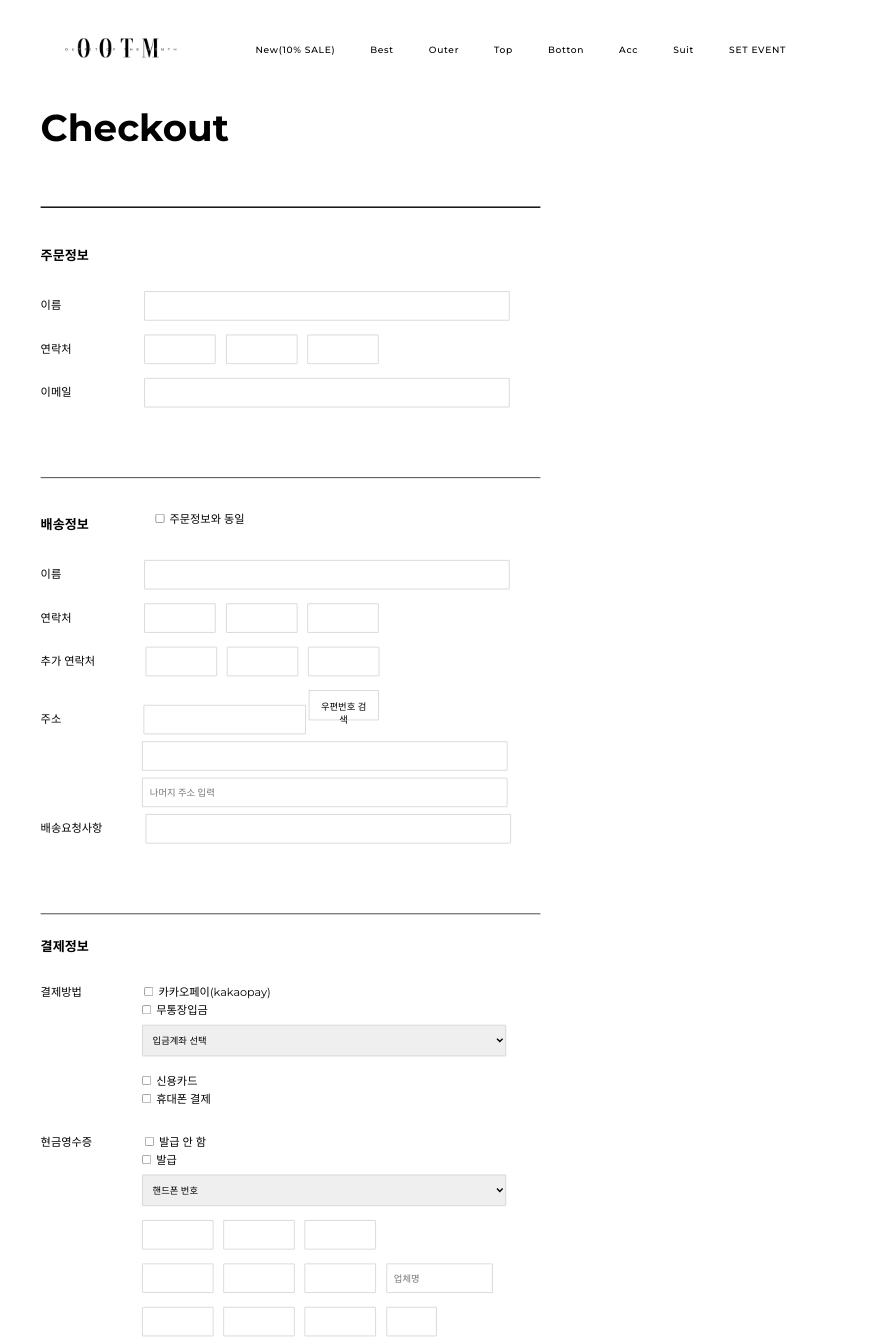
Repository: parkjunhoo/ootm
Page: ootm/src/main/webapp/html/payment_members.html
An editor plug-in stored every save of this project. The page is shown before and after the next save, followed by the edit.
The browser window is 1280 px wide. The pictures show the part of the page from y = 0 to 1920 px (the page is 3014 px tall), at 70% of full size.

Above is the page before, as saved 2023-04-23 12:45:48.
Console error: TypeError: Cannot read properties of null (reading 'appendChild')

### ootm/src/main/webapp/html/payment_members.html
<!DOCTYPE html>
<html>
	<head>
		<meta charset="UTF-8">
		<title>이달의 룩 - 결제페이지</title>
		<!-- 파비콘 -->
		<link rel="icon" href="/ootm/images/favicon.ico">
		 <!-- 글꼴 -->
        <link rel="preconnect" href="https://fonts.googleapis.com">
        <link rel="preconnect" href="https://fonts.gstatic.com" crossorigin>
        <link href="https://fonts.googleapis.com/css2?family=Montserrat:ital,wght@0,100;0,200;0,300;0,400;0,500;0,600;0,700;0,800;0,900;1,100;1,200;1,300;1,400;1,500;1,600;1,700;1,800;1,900&family=Noto+Sans+KR:wght@100;300;400;500;700;900&display=swap" rel="stylesheet">
        <!-- css -->
		<link rel="stylesheet" type="text/css" href="/ootm/css/payment_non_member_style.css"/>
        <link rel="stylesheet" type="text/css" href="/ootm/component/header/header.css"/>
        <link rel="stylesheet" type="text/css" href="/ootm/component/carousel/carousel.css"/>
        <link rel="stylesheet" type="text/css" href="/ootm/component/hoverbox/hoverbox.css"/>
        <link rel="stylesheet" type="text/css" href="/ootm/component/footer/footer.css"/>
	</head>
	<body>
		<header-component class="header" logoDark="true" logoHoverDark="true" mTextColor="black" bgHoverColor="#F9F9F9" menuBtnColor="black">
		</header-component>
		<h1 class="checkout">Checkout</h1>
		<hr class="line1"/>
		<form>
			<div class="user_order_info1">
				<h3 >주문정보</h3>
				<label id="title_name" for="name">이름</label>
				<input type="text" id="name" name="name"><br/>

				<label id="title_phone_number" for="phone_number">연락처</label>
				<input type="text" id="phone_number" name="phone_number">
				<input type="text" id="phone_number" name="phone_number">
				<input type="text" id="phone_number" name="phone_number"><br/>

				<label id="title_email" for="email">이메일</label>
				<input type="email" id="email" name="email"><br/>
			</div>
		</form>

		<hr class="line2"/>
		<form>
			<div class="user_order_info2">
				<div class="shipping-container">
					<h3>배송정보</h3>
  					<div>
    					<input type="checkbox" id="shipping">
   						<label for="shipping">주문정보와 동일</label>
   					</div>
				</div>
				<div>
					<label id="title_name" for="name">이름</label>
					<input type="text" id="name" name="name"><br/>

					<label id="title_phone_number" for="phone_number">연락처</label>
					<input type="text" id="phone_number" name="phone_number">
					<input type="text" id="phone_number" name="phone_number">
					<input type="text" id="phone_number" name="phone_number"><br/>

					<label id="title_phone_number_additional" for="phone_number_additional">추가 연락처</label>
					<input type="text" id="phone_number_additional" name="phone_number_additional">
					<input type="text" id="phone_number_additional" name="phone_number_additional">
					<input type="text" id="phone_number_additional" name="phone_number_additional"><br/>
					<!-- 배송지선택 체크박스 만들기 -->
					<label id="title_address" for="address">주소</label>
      				<input type="text" id="address_code1" name="address">
      				<button id="post_button" type="submit">우편번호 검색</button><br/>
      				<label id="empty_space" for="address">  </label>
      				<input type="text" id="address_code2" name="address"><br/>
      				<label id="empty_space" for="address">  </label>
      				<input type="text" id="remaining_address" name="address" placeholder="나머지 주소 입력"><br/>
      				<label id="title_shipping_request" for="shipping_request">배송요청사항</label>
      				<input type="text" id="shipping_request" name="shipping_request"><br/>
				</div>
			</div>
		</form>
		<hr class="line3"/>
		<form>
			<div class="user_order_info3">
				<h3>결제정보</h3>
				<label id="payment_method" for="payment_method">결제방법</label>

				<input type="checkbox" id="kakaopay">
   				<label for="kakaopay">카카오페이(kakaopay)</label><br/>

   				<!--  -->
   				<input type="checkbox" id="bankbook">
   				<label for="bankbook">무통장입금</label><br/>
				<select id="dropdown" name="dropdown">
					<option value="select">입금계좌 선택</option>
					<option value="woori_bank">우리은행 1002-111-222222</option><br/>
				</select><br/>

				<input type="checkbox" id="credit_card">
   				<label for="credit_card">신용카드</label><br/>

   				<input type="checkbox" id="mobile_payment">
   				<label for="mobile_payment">휴대폰 결제</label><br/>

   				<div id="cash_receipts_container">
	   				<label id="cash_receipts" for="cash_receipts">현금영수증</label>

	   				<input type="checkbox" id="cash_receipts_no">
	   				<label for="cash_receipts_no">발급 안 함</label><br/>

	   				<input type="checkbox" id="cash_receipts_yes">
	   				<label for="cash_receipts_yes">발급</label><br/>

	   				<select id="dropdown" name="dropdown">
						<option value="phone_number">핸드폰 번호</option>
						<option value="business_number">사업자 번호</option>
						<option value="revenue">국세청 현금영수증 카드</option><br/>
					</select><br/>
					<div id="phone_number_container">
						<input type="text" id="phone_number" name="phone_number">
						<input type="text" id="phone_number" name="phone_number">
						<input type="text" id="phone_number" name="phone_number"><br/>
					</div>
					<div id="business_number_container">
						<input type="text" id="business_number" name="business_number">
						<input type="text" id="business_number" name="business_number">
						<input type="text" id="business_number" name="business_number">
						<input type="text" id="business_number_company_name" name="business_number_company_name" placeholder="업체명"><br/>
					</div>
					<div id="revenue_container">
						<input type="text" id="revenue_number" name="revenue_number">
						<input type="text" id="revenue_number" name="revenue_number">
						<input type="text" id="revenue_number" name="revenue_number">
						<input type="text" id="revenue_number_last" name="revenue_number_last"><br/>
					</div>
   				</div>
			</div>
		</form>
		<hr class="line5"/>
		<form>
			<div class="checkout_summary">
				<h3>주문요약 및 결제</h3>
				<ul>
					<li class="image">
						<img src="/ootm/images/pants.jpg"> <!-- DB에서 받아오기 -->
					</li>
					<li class="product_info">
						<h4>8036 버뮤다 카펜터 반밴딩 x 1</h4>
						<div class="product-option">컬러 : 중청, 사이즈 : L</div>
						<h4 class="price">37,000원</h4>
					</li>
				</ul>
				<hr class="line6"/>
				<div class="pay_summary">
					<div class="summary_list">
						<div class="summary_item_subtotal">
							<div class="label">주문금액</div>
						</div>
					</div>

				</div>
			</div>
		</form>




		<footer-component>
		</footer-component>
		<script src="../javascript/mainPage.js"></script>
        <script src="../component/header/header.js"></script>
        <script src="../component/carousel/carousel.js"></script>
        <script src="../component/hoverbox/hoverbox.js"></script>
        <script src="../component/footer/footer.js"></script>
	</body>
</html>

### ootm/src/main/webapp/css/payment_non_member_style.css
@charset "UTF-8";

.header {
	position: fixed;
	top: 0;
	left: 0;
	right: 0;
	padding-top: 30px;
}

.checkout {
	font-weight: bold;
	margin-top: 150px;
	margin-left: 50px;
	font-size: 40pt;
}

/* 진한 선 */
.line1 {
	height: 2px;
	border-style: solid;
	border-width: 0;
	border-top-width: 2px;
	border-color: black;
	background-color: transparent;
	margin-left: 50px;
	margin-right: 500px;
	margin-top: 80px;
}

/* 연한 선 */
.line2 {
	height: 1px;
	border-style: 1px solid lightgray;
	border-width: 0;
	border-top-width: 1px;
	border-color: black;
	background-color: transparent;
	margin-left: 50px;
	margin-right: 500px;
	margin-top: 80px;
}

/* 연한 선 */
.line3 {
	height: 1px;
	border-style: 1px solid lightgray;
	border-width: 0;
	border-top-width: 1px;
	border-color: black;
	background-color: transparent;
	margin-left: 50px;
	margin-right: 500px;
	margin-top: 80px;
}

/* 연한 선 */
.line4 {
	height: 1px;
	border-style: 1px solid lightgray;
	border-width: 0;
	border-top-width: 1px;
	border-color: black;
	background-color: transparent;
	margin-left: 50px;
	margin-right: 500px;
	margin-top: 80px;
}

/* 진한 선 */
.line5 {
	height: 2px;
	border-style: solid;
	border-width: 0;
	border-top-width: 2px;
	border-color: black;
	background-color: transparent;
	margin-left: 50px;
	margin-right: 500px;
	margin-top: 80px;
}

/* 연한 선 */
.line6 {
	height: 1px;
	border-style: 1px solid lightgray;
	border-width: 0;
	border-top-width: 1px;
	border-color: black;
	background-color: transparent;
	margin-left: 50px;
	margin-right: 500px;
	margin-top: 25px;
}

/* 결제정보 */
h3 {
	margin-bottom: 40px;
}

.user_order_info1 {
	margin-left: 50px;
	margin-top: 50px;
}

.user_order_info1 #name {
	width: 500px;
	height: 20px;
	padding: 10px;
	margin-bottom: 20px;
	border-radius: 1px;
	border: 1px solid #ccc;
}

.user_order_info1 #email {
	width: 500px;
	height: 20px;
	padding: 10px;
	margin-bottom: 20px;
	border-radius: 1px;
	border: 1px solid #ccc;
}

.user_order_info1 #phone_number {
	width: 80px;
	height: 20px;
	padding: 10px;
	margin-bottom: 20px;
	margin-right: 10px;
	border-radius: 1px;
	border: 1px solid #ccc;
}

.user_order_info3 #business_number {
	width: 80px;
	height: 20px;
	padding: 10px;
	margin-bottom: 20px;
	margin-right: 10px;
	border-radius: 1px;
	border: 1px solid #ccc;
}

.user_order_info3 #business_number_company_name {
	width: 130px;
	height: 20px;
	padding: 10px;
	margin-bottom: 20px;
	margin-right: 10px;
	border-radius: 1px;
	border: 1px solid #ccc;
}

.user_order_info3 #revenue_number {
	width: 80px;
	height: 20px;
	padding: 10px;
	margin-bottom: 20px;
	margin-right: 10px;
	border-radius: 1px;
	border: 1px solid #ccc;
}

.user_order_info3 #revenue_number_last {
	width: 50px;
	height: 20px;
	padding: 10px;
	margin-bottom: 20px;
	margin-right: 10px;
	border-radius: 1px;
	border: 1px solid #ccc;
}

#title_name {
	margin-right: 114px;
}

#title_phone_number {
	margin-right: 100px;
}

#title_email {
	margin-right: 100px;
}

#right_checkbox {
	float: left;
}

#title_phone_number_additional {
	margin-right: 68px;
}

#title_address {
	margin-right: 113px;
}

#empty_space {
	margin-right: 145px;
}

#title_shipping_request {
	margin-right: 57px;
}

#shipping {
	margin-top: 20px;
	margin-left: 80px;
}

#kakaopay {
	margin-left: 85px;
}

#bankbook {
	margin-top: 8px;
	margin-left: 145px;
}

#credit_card {
	margin-top: 8px;
	margin-left: 145px;
}

#realtime_bank {
	margin-top: 8px;
	margin-left: 145px;
}

#escrow {
	margin-top: 8px;
	margin-left: 145px;
}

#mobile_payment {
	margin-top: 8px;
	margin-left: 145px;
}

#cash_receipts_no {
	margin-top: 8px;
	margin-left: 71px;
}

#cash_receipts_yes {
	margin-top: 8px;
	margin-left: 145px;
}

#cash_receipts_container {
	margin-top: 35px;
}

.privacy {
	margin-top: 20px;
}

.user_order_info2 {
	margin-left: 50px;
	margin-top: 30px;
}

.user_order_info3 {
	margin-left: 50px;
	margin-top: 30px;
}

.user_order_info4 {
	margin-left: 50px;
	margin-top: 30px;
}

.privacy {
	margin-left: 50px;
	margin-top: 30px;
}

.shipping-container {
	display: flex;
}

.shipping-container h3 {
	margin-right: 15px;
}

.user_order_info2 div #name {
	width: 500px;
	height: 20px;
	padding: 10px;
	margin-bottom: 20px;
	border-radius: 1px;
	border: 1px solid #ccc;
}

.user_order_info2 div #phone_number {
	width: 80px;
	height: 20px;
	padding: 10px;
	margin-bottom: 20px;
	margin-right: 10px;
	border-radius: 1px;
	border: 1px solid #ccc;
}

.user_order_info2 div #phone_number_additional {
	width: 80px;
	height: 20px;
	padding: 10px;
	margin-bottom: 20px;
	margin-right: 10px;
	border-radius: 1px;
	border: 1px solid #ccc;
}

.user_order_info2 div #address_code1 {
	width: 210px;
	height: 20px;
	padding: 10px;
	margin-bottom: 10px;
	border-radius: 1px;
	border: 1px solid #ccc;
}

.user_order_info2 div #address_code2 {
	width: 500px;
	height: 20px;
	padding: 10px;
	margin-bottom: 10px;
	border-radius: 1px;
	border: 1px solid #ccc;
}

.user_order_info2 div #remaining_address {
	width: 500px;
	height: 20px;
	padding: 10px;
	margin-bottom: 10px;
	border-radius: 1px;
	border: 1px solid #ccc;
}

.user_order_info2 div #post_button {
	font-size: 10pt;
	background-color: white;
	width: 100px;
	height: 43px;
	padding: 12px;
	text-align: center;
	border: 1px solid #ccc;
}

.user_order_info2 div #shipping_request {
	width: 500px;
	height: 20px;
	padding: 10px;
	margin-bottom: 20px;
	border-radius: 1px;
	border: 1px solid #ccc;
	resize: both;
}

#dropdown {
	width: 520px;
	height: 45px;
	padding: 10px;
	margin-bottom: 20px;
	margin-right: 10px;
	margin-left: 145px;
	margin-top: 10px;
	border-radius: 1px;
	border: 1px solid #ccc;
	border-radius: 1px;
}

.privacy #item {
	margin-left: 210px;
}

.privacy #retention_period {
	margin-left: 210px;
}

.privacy #purpose {
	margin-left: 150px;
}

.privacy #purpose1 {
	font-size: 10pt;
	margin-top: 10px;
}

.privacy #item1 {
	font-size: 10pt;
	margin-top: 10px;
	margin-left: 24px;
}

.privacy #purpose2 {
	font-size: 10pt;
	margin-top: 10px;
}

.privacy #item2 {
	font-size: 10pt;
	margin-top: 10px;
	margin-left: 24px;
}

.privacy #purpose3 {
	font-size: 10pt;
	margin-top: 10px;
}

.privacy #item3 {
	font-size: 10pt;
	margin-top: 10px;
	margin-left: 24px;
}

.privacy #retention_period1 {
	font-size: 10pt;
	margin-left: 24px;
	text-align: center;
}

.user_order_info3 div #phone_number {
	width: 80px;
	height: 20px;
	padding: 10px;
	margin-bottom: 20px;
	margin-right: 10px;
	border-radius: 1px;
	border: 1px solid #ccc;
	border-radius: 1px;
}

#phone_number_container {
	margin-left: 145px;
}

#business_number_container {
	margin-left: 145px;
}

#revenue_container {
	margin-left: 145px;
}

#privacy_title {
	margin-right: 30px;
}

/* 약관 테이블 요소 */
th {
	display: table-cell;
	vertical-align: inherit;
	font-weight: bold;
	text-align: -internal-center;
	border-left: none;
	border-right: none;
	text-align: left;
	margin-left: 3px;
}

td {
	border-right: 1px solid lightgray; /* 열(Column) 선 스타일링 */
	text-align: left;
	padding: 10px;
	font-size: 10pt;
}

table {
	border-collapse: collapse;
	width: 880px;
	text-indent: initial;
	border: none;
}

.privacy1 td {
	border-right: none; /* 마지막 열(Column) 선 제거 */
}

.privacy2 td {
	border-right: none; /* 마지막 열(Column) 선 제거 */
}

.privacy3 td {
	border-right: none; /* 마지막 열(Column) 선 제거 */
}

.privacy4 td {
	border-right: none; /* 마지막 열(Column) 선 제거 */
}

thead th {
	border-bottom: 1px solid lightgray; /* 헤더(Header) 하단 선 스타일링 */
}

tbody tr {
	border-bottom: 1px solid lightgray;
}

tbody td {
	border-bottom: 1px solid lightgray;
}

colgroup {
	display: table-column-group;
}
/* 약관 테이블요소 끝 */

.privacy1 #bold {
	font-weight: bold;
}

.checkout_summary h3 {
	margin-left: 50px;
	margin-top: 30px;
}

ul {
	list-style: none;
}

img {
	float: left;
	margin-left: 50px;
}
/* 상품이미지와의 거리 & 상품정보 글자 자체 간격*/
.product_info {
	margin-bottom: 15px;
	margin-left: 20px;
	line-height: 0; /* 글자 위 아래 간격 */
}
/* 상품이미지와 상품정보를 따로 */
.checkout_summary {
	overflow: auto;
}

.checkout_summary ul {
	list-style: none;
	margin: 0;
	padding: 0;
}

.checkout_summary ul li {
	display: inline-block;
	vertical-align: middle;
}

.checkout_summary ul.image {
	float: left;
	margin-right: 10px;
}

.checkout_summary ul.image img {
	max-width: 100%;
}

.checkout_summary ul.product_info {
	float: left;
}

.checkout_summary ul.product_info h4, .checkout_summary ul.product_info div
	{
	margin: 0;
	padding: 0;
}

/* 상품이미지 상품정보 끝 */

/* 최종결제 리스트 */
.summary_list {
	margin-left: 50px;
	margin-top: 30px;
}

.pay_summary {
	width: 920px;
}

.summary_item_subtotal, .summary_item_shipping {
  margin-bottom: 10px;
}

.pay_summary .product_price {
	float: right;
	font-weight: bold;
}

.pay_summary .delivery_price {
	float: right;
	font-weight: bold;
	margin-top: 10px;
}

### ootm/src/main/webapp/component/carousel/carousel.css

carousel-component{
    width: 100%;
    height: 100%;
    display: flex;
    position: relative;
    overflow: hidden;
}
.carouselList{
    transition: left 1s;
    left:0;
    position: relative;
    display: flex;
    width: 100%;
    height: 100%;
    z-index:4;
}
.carouselItem{
    position: relative;
    flex-shrink: 0;
    width: 100%;
    height: 100%;
    background-size: cover;
    background-position: center;
    background-repeat: no-repeat;
}
.carouselDotsDiv{
    position: absolute;
    align-self: flex-end;
    display: flex;
    justify-content: center;
    width: 100%;
    height: 10%;
    z-index:6;
}

.carouselArrowsDiv{
    position: absolute;
    display: flex;
    width: 100%;
    height: 100%;
    z-index:5;
}

.carouselArrowsDiv>button{
    width: 100px;
    height: 100px;
    align-self: center;
    background-color: transparent;
    margin: 5%;
    border: none;
}
.carouselArrowsDiv>button:nth-child(2){
    margin-left: auto;
}

.carouselArrowBtn{
    cursor: pointer;
    transition: .5s;
    width: 30%;
    height: 30%;
    border-color: #4b4b4b;
    border-width: 2px;
    border-style: solid;
    transform: rotate(135deg);
}
.carouselArrowBtn:hover{
    border-color: white;
    border-width: 5px;
}

.carouselPreBtn{
    border-top: none;
    border-left: none;
}

.carouselNextBtn{
    margin-left: auto;
    border-bottom: none;
    border-right: none;
}

.carouselDotBtn{
    cursor: pointer;
    background-color: transparent;
    border: none;
    padding:10px 5px;
    box-sizing: content-box;
    width:fit-content;
    height: 4px;
    border-radius: 2px;
}

.carouselDot{
    border-radius: 3px;
    border: 1px solid white;
    width:3px;
    height: 3px;
    background-color: white;
    transition: 1s;
    opacity: .6;
}

.carouselSelectedDot{
	border-radius: 0px;
    width:15px;
    height: 2px;
    background-color: white;
    transition: 1s;
    opacity: 1;
}

### ootm/src/main/webapp/component/hoverbox/hoverbox.css
.superBox{
    position: relative;
    width: 100%;
    height: 100%;
    overflow: hidden;
}
.beforeBox{
    width: 100%;
    height: 100%;
    background-position: center;
    background-repeat: no-repeat;
    background-size: cover;
}
.afterBox{
    position: absolute;
    top:0;
    left: 0;
    width: 100%;
    height: 100%;
    opacity: 0;
    transition: .5s;
}
.upAnim{
    position: relative;
    left: 0;
    transform:translateY(100%);
    transition: .7s;
}
.downAnim{
    position: relative;
    transform:translateY(-100%);
    transition: .7s;
}
.opacityAnim{
    opacity: 0;
    transition: .7s;
}
.superBox:hover .afterBox{
    opacity: 1;
}

.superBox:hover .upAnim{
    transform:translateY(0);
}
.superBox:hover .downAnim{
    transform:translateY(0);
}
.superBox:hover .opacityAnim{
    opacity: 1;
}

Loaded but not shown: ootm/src/main/webapp/component/header/header.js (581 lines, source omitted); ootm/src/main/webapp/component/footer/footer.js (306 lines, source omitted); ootm/src/main/webapp/javascript/mainPage.js (188 lines, source omitted); ootm/src/main/webapp/component/carousel/carousel.js (151 lines, source omitted); ootm/src/main/webapp/component/hoverbox/hoverbox.js (26 lines, source omitted); ootm/src/main/webapp/component/header/header.css (525 lines, source omitted); ootm/src/main/webapp/component/footer/footer.css (127 lines, source omitted)

After the next save:
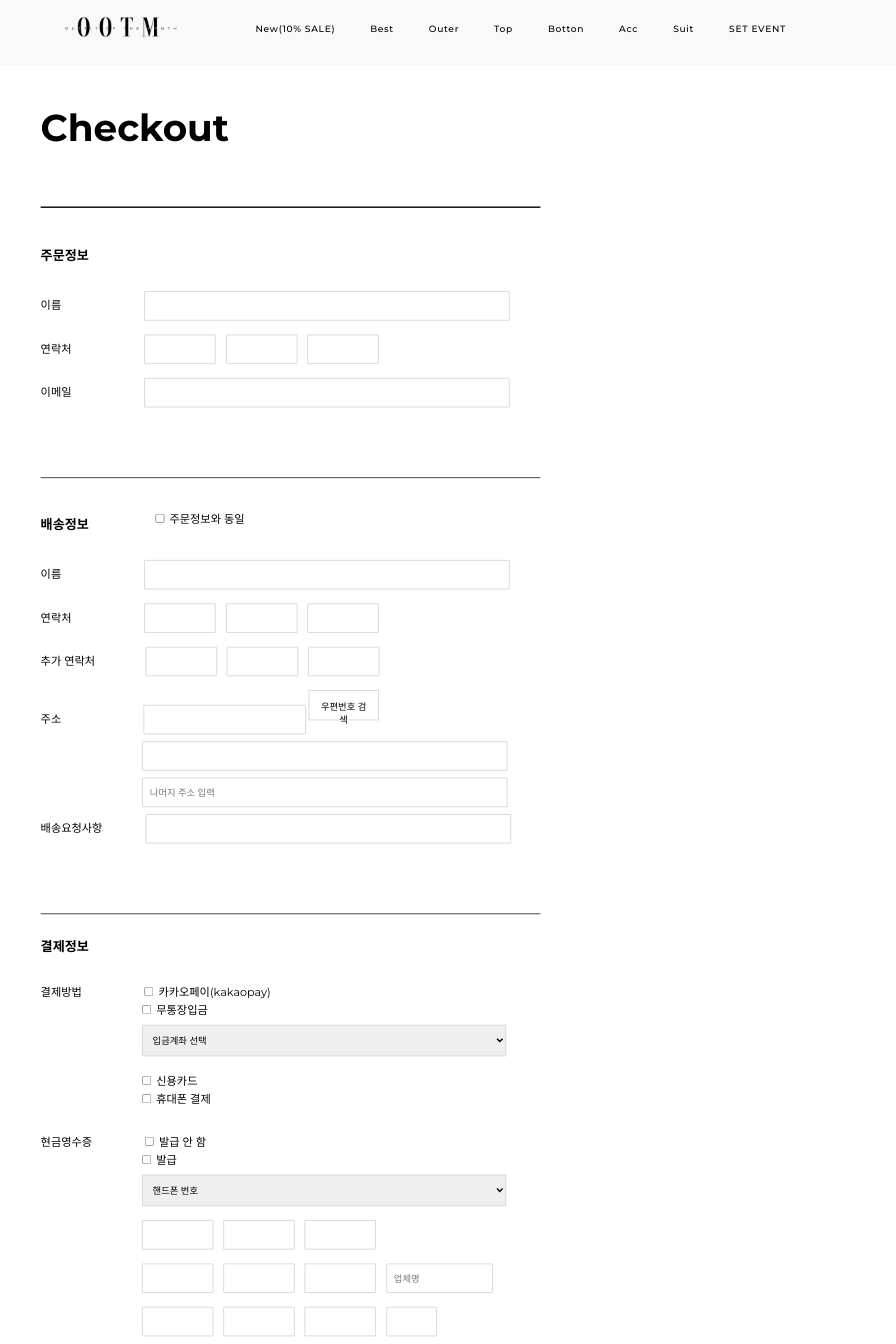
Saved 57 s later.
--- a/ootm/src/main/webapp/css/payment_non_member_style.css
+++ b/ootm/src/main/webapp/css/payment_non_member_style.css
@@ -5,7 +5,7 @@
 	top: 0;
 	left: 0;
 	right: 0;
-	padding-top: 30px;
+	padding-bottom: 30px;
 }
 
 .checkout {

After the save that followed:
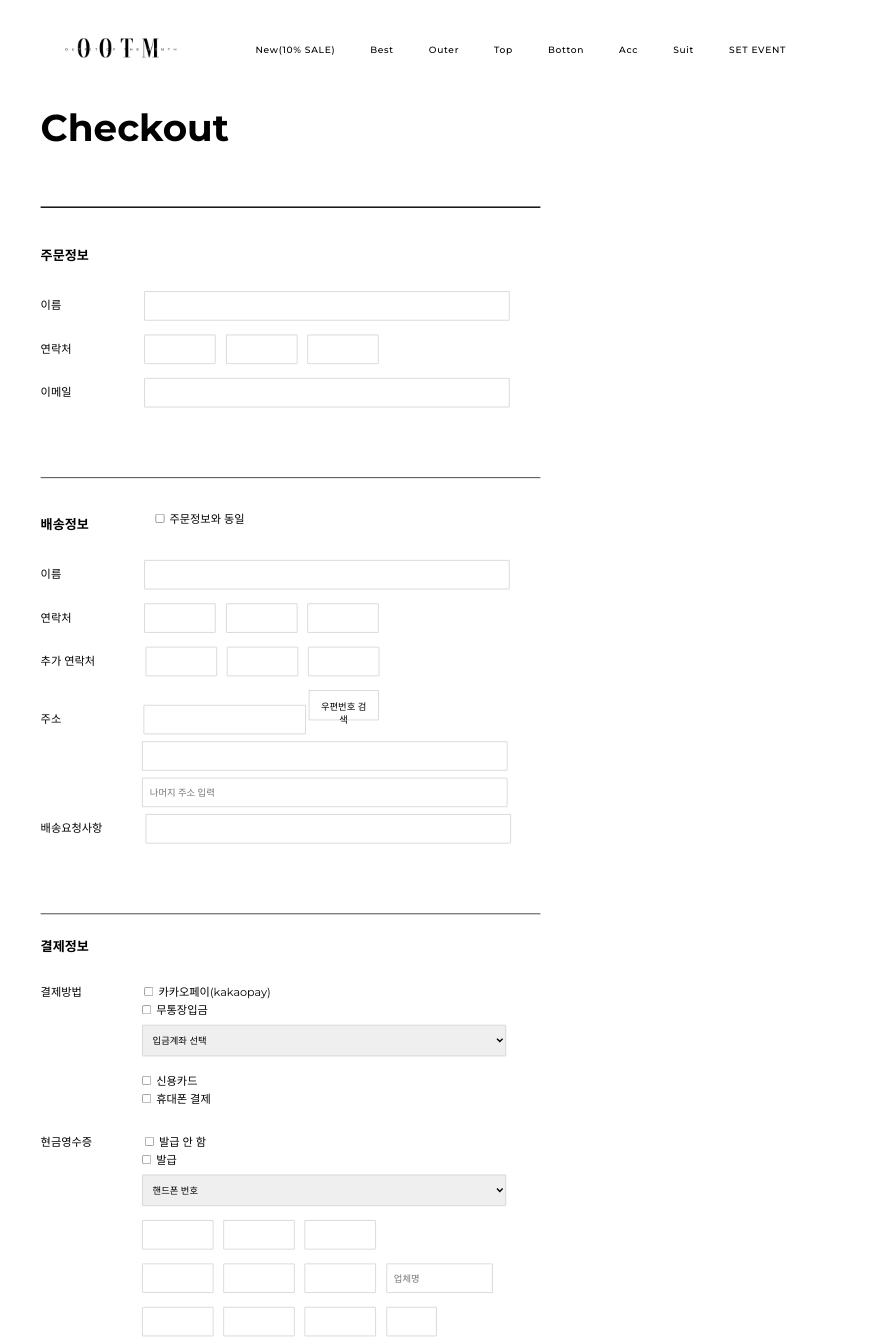
Saved 5 s later.
--- a/ootm/src/main/webapp/css/payment_non_member_style.css
+++ b/ootm/src/main/webapp/css/payment_non_member_style.css
@@ -5,7 +5,7 @@
 	top: 0;
 	left: 0;
 	right: 0;
-	padding-bottom: 30px;
+	padding-top: 30px;
 }
 
 .checkout {
